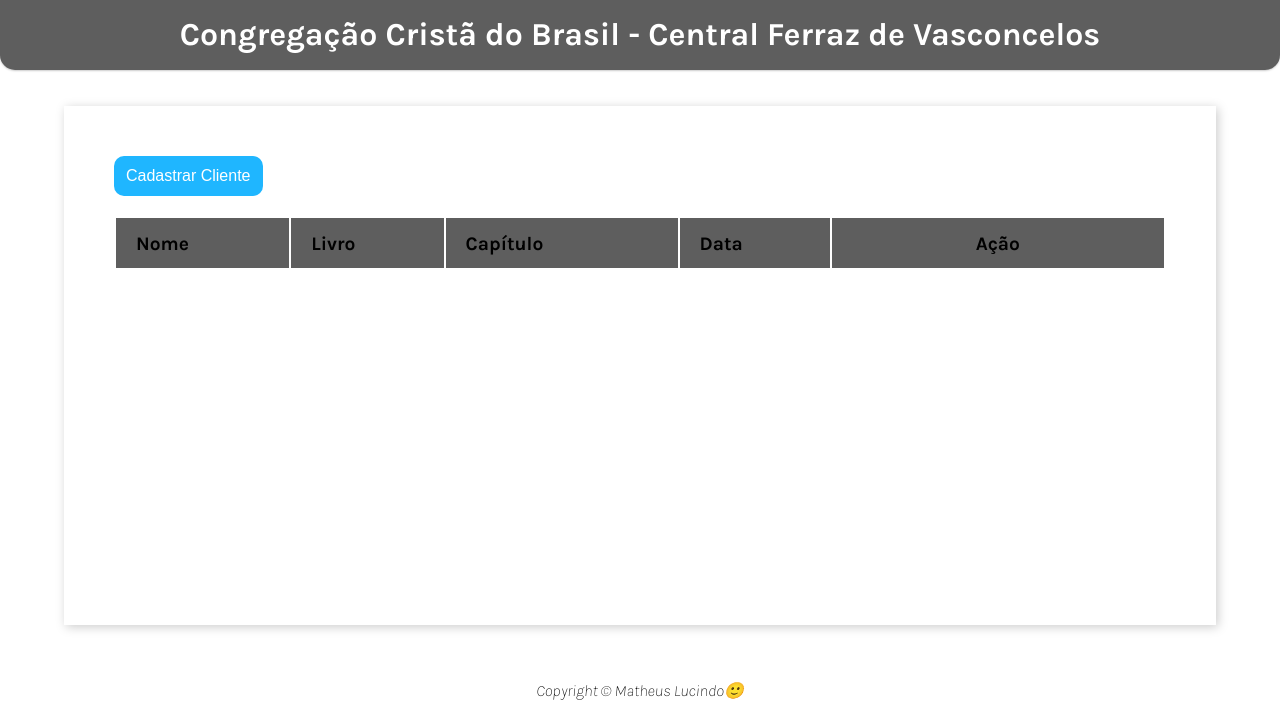
Repository: Matheus904-12/API-da-CCB
Page: beta4/index.html
These files come from the project's save history. The page is drawn as it stood at one moment and after the next save; the edit follows.
The browser window is 1280 px wide. The pictures show the whole page.

Above is the page before, as saved 2024-01-12 19:54:30.

### beta4/index.html
<!DOCTYPE html>
<html lang="pt-BR">

<head>
    <meta charset="UTF-8">
    <meta http-equiv="X-UA-Compatible" content="IE=edge">
    <meta name="viewport" content="width=device-width, initial-scale=1.0">
    <link rel="preconnect" href="https://fonts.gstatic.com">
    <link href="https://fonts.googleapis.com/css2?family=Karla:ital,wght@0,400;0,700;1,200;1,800&display=swap"
        rel="stylesheet">
    <link rel="stylesheet" href="css/principal.css">
    <link rel="stylesheet" href="css/botao.css">
    <link rel="stylesheet" href="css/registros.css">
    <link rel="stylesheet" href="css/modal.css">
    <script src="script.js" defer></script>
    <title>CRUD</title>
</head>

<body>
    <header>
        <h1 class="header-title">Congregação Cristã do Brasil - Central Ferraz de Vasconcelos</h1>
    </header>
    <main>
        <button type="button" class="button blue mobile" id="cadastrarCliente">Cadastrar Cliente</button>
        <table id="tableClient" class="records">
            <thead>
                <tr>
                    <th>Nome</th>
                    <th>Livro</th>
                    <th>Capítulo</th>
                    <th>Data</th>
                    <th>Ação</th>
                </tr>
            </thead>
            <tbody>

            </tbody>
        </table>
        <div class="modal" id="modal">
            <div class="modal-content">
                <header class="modal-header">
                    <h2>Recitativo</h2>
                    <span class="modal-close" id="modalClose">&#10006;</span>
                </header>
                <form id="form" class="modal-form">
                    <label for="gender">Auxiliar</label>
                    <select id="gender" class="modal-field">
                    <option value="">Nenhum</option>
                    <option value="">Aline Gomes Santos</option>
                    <option value="">Alfredo Bruske Schuster</option>
                    <option value="">Alef Vinicius</option>
                    <option value="">José Victor Zeller Gonçalves</option>
                    <option value="">Jonas Amorim Lopes da Silva</option>
                    <option value="">Loraine de Assis Souza</option>
                    <option value="">Natália de Sena Marques</option>
                    </select>
                    <input type="text" id="nome" data-index="new" class="modal-field" placeholder="Nome"
                        required>
                    <input type="email" id="email" class="modal-field" placeholder="Livro" required>
                    <input type="text" id="celular" class="modal-field" placeholder="Capítulo" required>
                    <input type="text" id="cidade" class="modal-field" placeholder="Versículo" required>
                </form>
                <footer class="modal-footer">
                    <button id="salvar" class="button green">Salvar</button>
                    <button id="cancelar" class="button blue">Cancelar</button>
                </footer>
            </div>
        </div>
    </main>
    <footer>
        Copyright &copy; Matheus Lucindo🙂
    </footer>
</body>

</html>

### beta4/css/principal.css
*{
    padding: 0;
    margin: 0;
    box-sizing: border-box;
}

:root{
    --primary-color: #5e5e5e;
    --secundary-color: #FFF1CC;
    --shadow-color: #CCC;
    --text-color: #FFF;
}

body{
    min-height: 100vh;
    display: flex;
    flex-direction: column;
    font-family: 'karla', sans-serif;
    position:relative;
}

header{
    background-color: var(--primary-color);
    height: 70px;
    text-align: center;
    line-height: 70px;
    box-shadow: 0 1px 2px var(--shadow-color);
    border-radius: 0px 0px 15px 15px;
}

.header-title{
    color: white;
    font-size: 2rem;
}

main{
    flex-grow: 1;
    display: flex;
    flex-direction: column;
    align-items: flex-start;
    width: 90%;
    margin: 5vh auto;
    padding: 50px;
    box-shadow: 2px 2px 10px var(--shadow-color);
    gap: 20px;
}

footer{
    width:100;
    text-align: center;
    font-weight: 200;
    font-style: italic;
    padding: 20px;
}

@media (max-width:480px){
    header{
        position:fixed;
        width:100%;
    }
    .header-title{
        font-size: 1.5rem;
    }

    main{
        padding: 0;
        margin: 20px 0 0 0;
        width:100%;
        box-shadow: none;
    }
}

### beta4/css/botao.css
.button{
    border-style: none;
    height: 40px;
    padding: 6px 12px;
    background-color: black;
    color: white;
    font-size: 1rem;
    cursor: pointer;
    transition: box-shadow .6s ease;
    border-radius: 10px;
}

.button.blue{
    background-color: #1FB6FF;
}

button.green{
    background-color: #13CE66;
}

button.red{
    background-color: #FF4949;
}

.button:hover{
    box-shadow: inset 200px 0 0 #00000055;
}

@media(max-width:480px){
    .button.mobile{
        color:transparent;
        font-size:0;
        width:50px;
        height:50px;
        border-radius: 50%;
        position:fixed;
        top: 90vh;
        left: 80vw;
    }
    .button.mobile::before{
        content: "+";
        color:black;
        font-size:2rem;
        width:100%;
        height:100%;
    }
}

### beta4/css/registros.css
.records{
    width: 100%;
    user-select: none;
    text-align: left;
}

.records th{
    height: 50px;
    background-color: var(--primary-color);
    padding-left: 20px;
    font-size: 1.2rem;
}
.records td{
    height: 50px;
    padding-left: 20px;
}

.records th:last-child,
.records td:last-child{
    padding: 0;
    min-width: 140px;
    text-align: center;
}

.records tr:hover{
    background-color: var(--secundary-color);
}

@media(max-width:480px){
    .records{
        border-spacing: 5px;
    }
    .records thead{
        display:none;
    }
    .records tr{
        box-shadow: 0 1px 3px var(--shadow-color);
    }
    .records td:not(:first-child){
        display:flex;
        justify-content: space-between;
        padding: 0 20px;
    }

    .records td{
        margin:10px 0;
    }

    .records tr:hover{
        background-color: inherit;
    }
}

### beta4/css/modal.css
.modal{
    position: fixed;
    top:0;
    left:0;
    width: 100%;
    height: 100%;
    background: #00000090;
    opacity: 0;
    z-index: -1;
}

.modal.active{
    opacity: 1;
    z-index: 1;
}

.modal-content{
    display: flex;
    flex-direction: column;
    gap:20px;
    width: 50vw;
    margin: 15vh auto;
    padding-bottom: 20px;
    background-color: white;
    box-shadow: 1px 1px 10px black;
    border-radius: 15px;
}

.modal-header{
    display: flex;
    position: relative;
    justify-content: center;
    height: 40px;
    line-height: 40px;
    font-size: 1rem;
    border-radius: 10px;
}

.modal-header, #h2 {
    color: white
}

.modal-close{
    position: absolute;
    right: 0;
    display: block;
    width: 40px;
    height: 40px;
    text-align: center;
    user-select: none;
    cursor: pointer;
    border-radius: 10px;
}

.modal-close:hover{
    background-color: #FF4949;
    color: white;
}

.modal-form{
    display: flex;
    justify-content: space-between;
    flex-wrap: wrap;
    gap: 20px;
    padding: 0 20px;
}

.modal-field{
    width: calc(50% - 10px);
    height: 40px;
    outline-style: none;
    border-style: none;
    box-shadow: 0 0 2px black;
    padding: 0 10px;
    font-size:1rem;
    border-radius: 10px;
}

.modal-field:focus{
    border: 2px solid var(--primary-color);
    box-shadow: 0 0 3px var(--primary-color);
}


.modal-footer{
    background-color: inherit;
    text-align: right;
    padding: 0 20px;
}

@media (max-width:480px){
    .modal{
        top:100%;
        transition: all 1s ease;
    }
    .modal.active{
        top:0;
    }
    .modal-content{
        margin:0;
        width:100%;
        position:fixed;
    }
    .modal-field{
        width:100%;
    }
}

### beta4/script.js
'use strict'

const openModal = () => document.getElementById('modal')
    .classList.add('active')

const closeModal = () => {
    clearFields()
    document.getElementById('modal').classList.remove('active')
}


const getLocalStorage = () => JSON.parse(localStorage.getItem('db_client')) ?? []
const setLocalStorage = (dbClient) => localStorage.setItem("db_client", JSON.stringify(dbClient))

// CRUD - create read update delete
const deleteClient = (index) => {
    const dbClient = readClient()
    dbClient.splice(index, 1)
    setLocalStorage(dbClient)
}

const updateClient = (index, client) => {
    const dbClient = readClient()
    dbClient[index] = client
    setLocalStorage(dbClient)
}

const readClient = () => getLocalStorage()

const createClient = (client) => {
    const dbClient = getLocalStorage()
    dbClient.push (client)
    setLocalStorage(dbClient)
}

const isValidFields = () => {
    return document.getElementById('form').reportValidity()
}

//Interação com o layout

const clearFields = () => {
    const fields = document.querySelectorAll('.modal-field')
    fields.forEach(field => field.value = "")
    document.getElementById('nome').dataset.index = 'new'
    document.querySelector(".modal-header>h2").textContent  = 'Novo Cliente'
}

const saveClient = () => {
    if (isValidFields()) {
        const client = {
            nome: document.getElementById('nome').value,
            email: document.getElementById('email').value,
            celular: document.getElementById('celular').value,
            cidade: document.getElementById('cidade').value
        }
        const index = document.getElementById('nome').dataset.index
        if (index == 'new') {
            createClient(client)
            updateTable()
            closeModal()
        } else {
            updateClient(index, client)
            updateTable()
            closeModal()
        }
    }
}

const createRow = (client, index) => {
    const newRow = document.createElement('tr')
    newRow.innerHTML = `
        <td>${client.nome}</td>
        <td>${client.email}</td>
        <td>${client.celular}</td>
        <td>${client.cidade}</td>
        <td>
            <button type="button" class="button green" id="edit-${index}">Editar</button>
            <button type="button" class="button red" id="delete-${index}" >Excluir</button>
        </td>
    `
    document.querySelector('#tableClient>tbody').appendChild(newRow)
}

const clearTable = () => {
    const rows = document.querySelectorAll('#tableClient>tbody tr')
    rows.forEach(row => row.parentNode.removeChild(row))
}

const updateTable = () => {
    const dbClient = readClient()
    clearTable()
    dbClient.forEach(createRow)
}

const fillFields = (client) => {
    document.getElementById('nome').value = client.nome
    document.getElementById('email').value = client.email
    document.getElementById('celular').value = client.celular
    document.getElementById('cidade').value = client.cidade
    document.getElementById('nome').dataset.index = client.index
}

const editClient = (index) => {
    const client = readClient()[index]
    client.index = index
    fillFields(client)
    document.querySelector(".modal-header>h2").textContent  = `Editando ${client.nome}`
    openModal()
}

const editDelete = (event) => {
    if (event.target.type == 'button') {

        const [action, index] = event.target.id.split('-')

        if (action == 'edit') {
            editClient(index)
        } else {
            const client = readClient()[index]
            const response = confirm(`Deseja realmente excluir o cliente ${client.nome}`)
            if (response) {
                deleteClient(index)
                updateTable()
            }
        }
    }
}

updateTable()

// Eventos
document.getElementById('cadastrarCliente')
    .addEventListener('click', openModal)

document.getElementById('modalClose')
    .addEventListener('click', closeModal)

document.getElementById('salvar')
    .addEventListener('click', saveClient)

document.querySelector('#tableClient>tbody')
    .addEventListener('click', editDelete)

document.getElementById('cancelar')
    .addEventListener('click', closeModal)

After the next save:
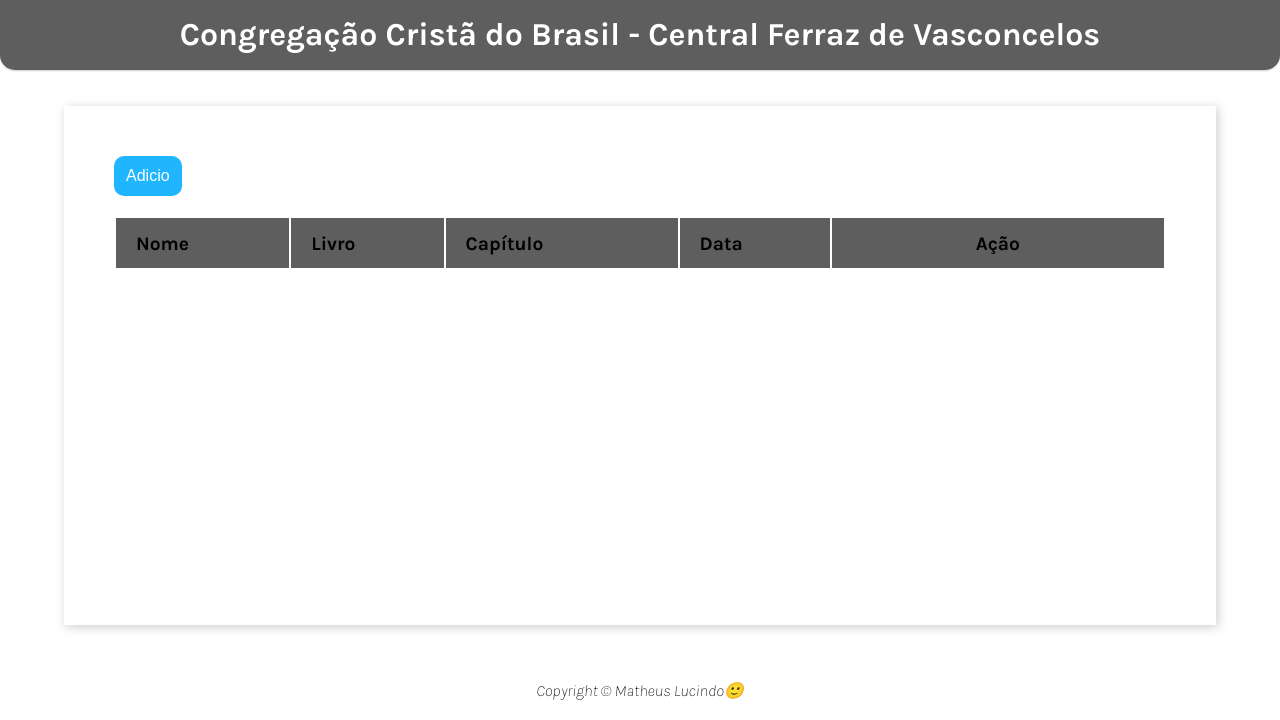
Saved 40 s later.
--- a/beta4/index.html
+++ b/beta4/index.html
@@ -21,7 +21,7 @@
         <h1 class="header-title">Congregação Cristã do Brasil - Central Ferraz de Vasconcelos</h1>
     </header>
     <main>
-        <button type="button" class="button blue mobile" id="cadastrarCliente">Cadastrar Cliente</button>
+        <button type="button" class="button blue mobile" id="cadastrarCliente">Adicio</button>
         <table id="tableClient" class="records">
             <thead>
                 <tr>
